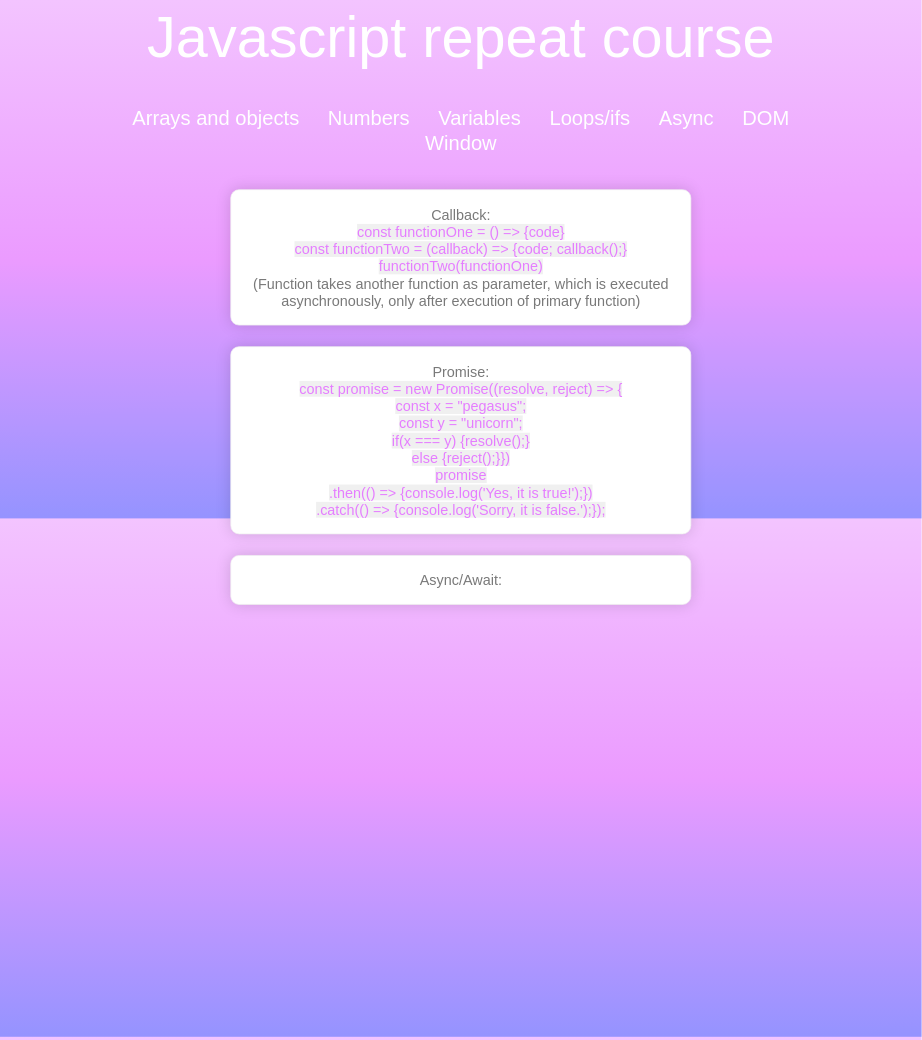
Repository: michalgornicki/javascript
Page: /#/Async
An editor plug-in stored every save of this project. The page is shown before and after the next save, followed by the edit.
The browser window is 1280 px wide. The pictures show the whole page, at 72% of full size.
Backgrounds fixed to the window are drawn as part of the page. The project was rebuilt for these pictures with package versions that can differ from the ones it lists, and the page was loaded fresh each time. Also part of the build but not shown: src/index.css, src/components/arrays.jsx, src/components/variables.jsx, src/components/numbers.jsx, src/components/loops.jsx, src/components/DOM manipulation.jsx, src/components/window.jsx.

Above is the page before, as saved 2022-02-04 12:48:16.

After the next save:
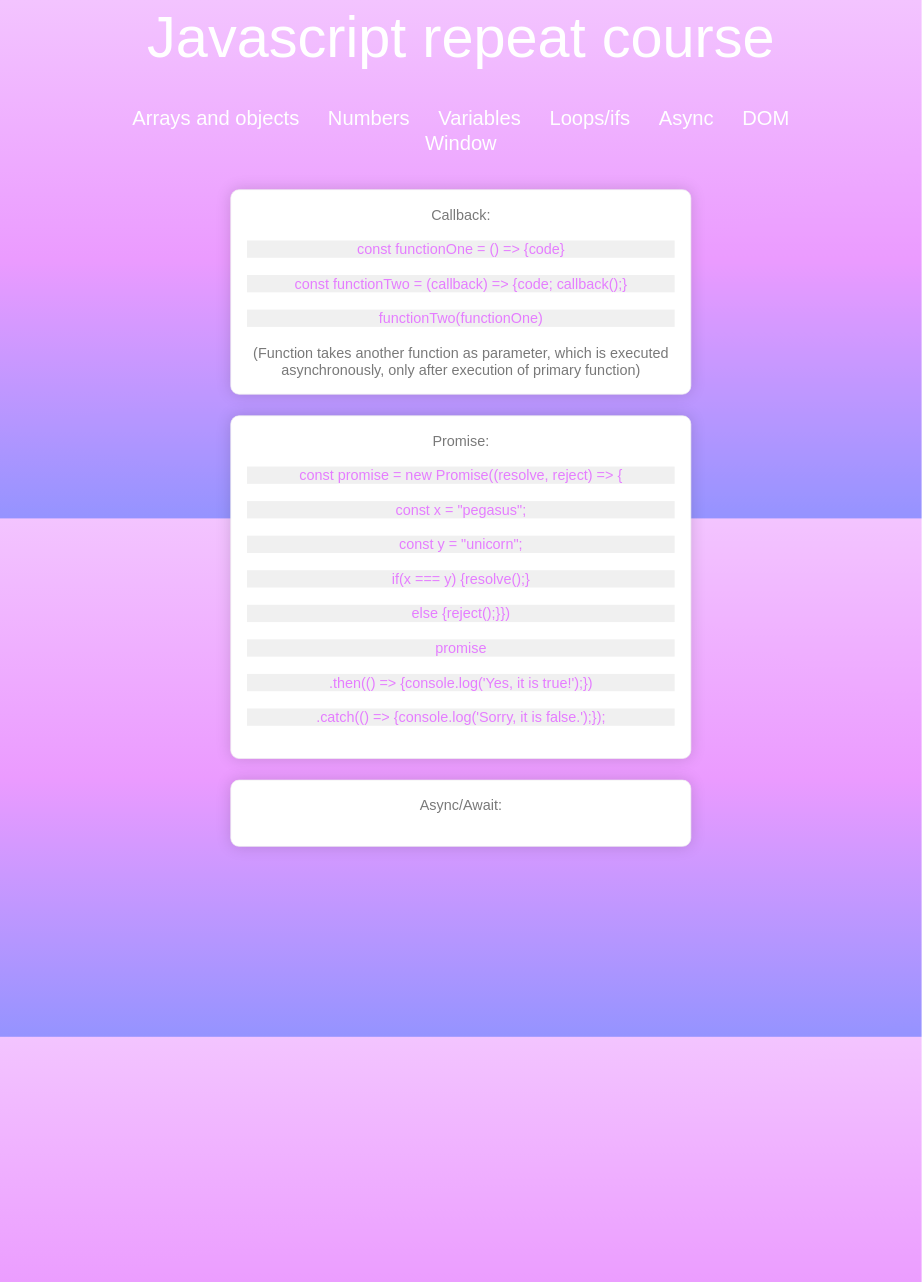
Saved 37 s later.
--- a/src/components/async.jsx
+++ b/src/components/async.jsx
@@ -12,26 +12,26 @@
     <div className="">
       <div className="js-item h5">
         {" "}
-        <span className="">Callback: </span> <br />
-        <span className="text-pink">{`const functionOne = () => {code}`}</span> <br />
-        <span className="text-pink">{`const functionTwo = (callback) => {code; callback();}`}</span> <br />
-        <span className="text-pink">{`functionTwo(functionOne)`}</span> <br /> (Function takes another function as parameter, which is executed asynchronously, only after execution of primary function)
+        <div className="">Callback: </div> <br />
+        <div className="text-pink">{`const functionOne = () => {code}`}</div> <br />
+        <div className="text-pink">{`const functionTwo = (callback) => {code; callback();}`}</div> <br />
+        <div className="text-pink">{`functionTwo(functionOne)`}</div> <br /> (Function takes another function as parameter, which is executed asynchronously, only after execution of primary function)
       </div>
       <div className="js-item h5">
         {" "}
-        <span className="">Promise: </span> <br />
-        <span className="text-pink">{`const promise = new Promise((resolve, reject) => {`}</span> <br />
-        <span className="text-pink">{`const x = "pegasus";`}</span> <br />
-        <span className="text-pink">{`const y = "unicorn";`}</span> <br />
-        <span className="text-pink">{` if(x === y) {resolve();}`}</span> <br />
-        <span className="text-pink">{` else {reject();}})`}</span> <br />
-        <span className="text-pink">{`promise`}</span> <br />
-        <span className="text-pink">{`.then(() => {console.log('Yes, it is true!');})`}</span> <br />
-        <span className="text-pink">{`.catch(() => {console.log('Sorry, it is false.');});`}</span> <br />
+        <div className="">Promise: </div> <br />
+        <div className="text-pink">{`const promise = new Promise((resolve, reject) => {`}</div> <br />
+        <div className="text-pink">{`const x = "pegasus";`}</div> <br />
+        <div className="text-pink">{`const y = "unicorn";`}</div> <br />
+        <div className="text-pink">{` if(x === y) {resolve();}`}</div> <br />
+        <div className="text-pink">{` else {reject();}})`}</div> <br />
+        <div className="text-pink">{`promise`}</div> <br />
+        <div className="text-pink">{`.then(() => {console.log('Yes, it is true!');})`}</div> <br />
+        <div className="text-pink">{`.catch(() => {console.log('Sorry, it is false.');});`}</div> <br />
       </div>
       <div className="js-item h5">
         {" "}
-        <span className="">Async/Await: </span> <br />
+        <div className="">Async/Await: </div> <br />
 
       </div>
     </div>

After the save that followed:
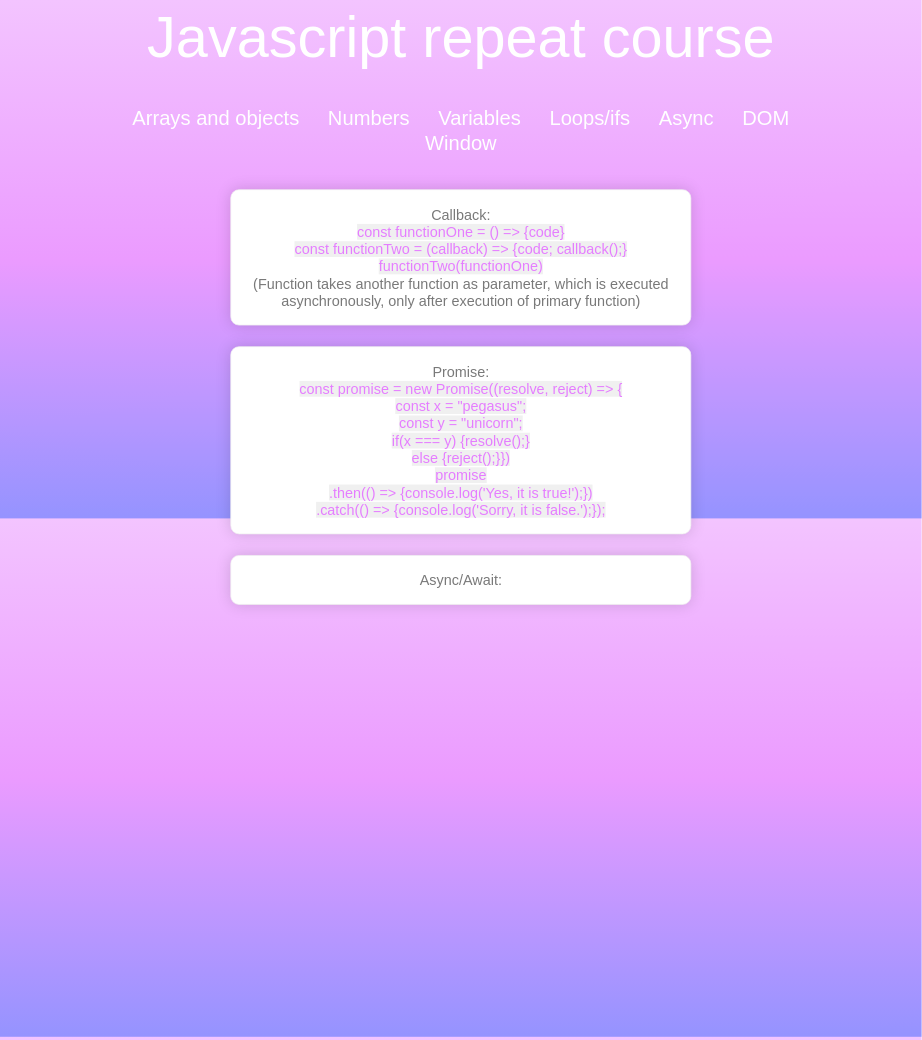
Saved 32 s later.
--- a/src/components/async.jsx
+++ b/src/components/async.jsx
@@ -12,26 +12,26 @@
     <div className="">
       <div className="js-item h5">
         {" "}
-        <div className="">Callback: </div> <br />
-        <div className="text-pink">{`const functionOne = () => {code}`}</div> <br />
-        <div className="text-pink">{`const functionTwo = (callback) => {code; callback();}`}</div> <br />
-        <div className="text-pink">{`functionTwo(functionOne)`}</div> <br /> (Function takes another function as parameter, which is executed asynchronously, only after execution of primary function)
+        <span className="">Callback: </span> <br />
+        <span className="text-pink">{`const functionOne = () => {code}`}</span> <br />
+        <span className="text-pink">{`const functionTwo = (callback) => {code; callback();}`}</span> <br />
+        <span className="text-pink">{`functionTwo(functionOne)`}</span> <br /> (Function takes another function as parameter, which is executed asynchronously, only after execution of primary function)
       </div>
       <div className="js-item h5">
         {" "}
-        <div className="">Promise: </div> <br />
-        <div className="text-pink">{`const promise = new Promise((resolve, reject) => {`}</div> <br />
-        <div className="text-pink">{`const x = "pegasus";`}</div> <br />
-        <div className="text-pink">{`const y = "unicorn";`}</div> <br />
-        <div className="text-pink">{` if(x === y) {resolve();}`}</div> <br />
-        <div className="text-pink">{` else {reject();}})`}</div> <br />
-        <div className="text-pink">{`promise`}</div> <br />
-        <div className="text-pink">{`.then(() => {console.log('Yes, it is true!');})`}</div> <br />
-        <div className="text-pink">{`.catch(() => {console.log('Sorry, it is false.');});`}</div> <br />
+        <span className="">Promise: </span> <br />
+        <span className="text-pink">{`const promise = new Promise((resolve, reject) => {`}</span> <br />
+        <span className="text-pink">{`const x = "pegasus";`}</span> <br />
+        <span className="text-pink">{`const y = "unicorn";`}</span> <br />
+        <span className="text-pink">{` if(x === y) {resolve();}`}</span> <br />
+        <span className="text-pink">{` else {reject();}})`}</span> <br />
+        <span className="text-pink">{`promise`}</span> <br />
+        <span className="text-pink">{`.then(() => {console.log('Yes, it is true!');})`}</span> <br />
+        <span className="text-pink">{`.catch(() => {console.log('Sorry, it is false.');});`}</span> <br />
       </div>
       <div className="js-item h5">
         {" "}
-        <div className="">Async/Await: </div> <br />
+        <span className="">Async/Await: </span> <br />
 
       </div>
     </div>
